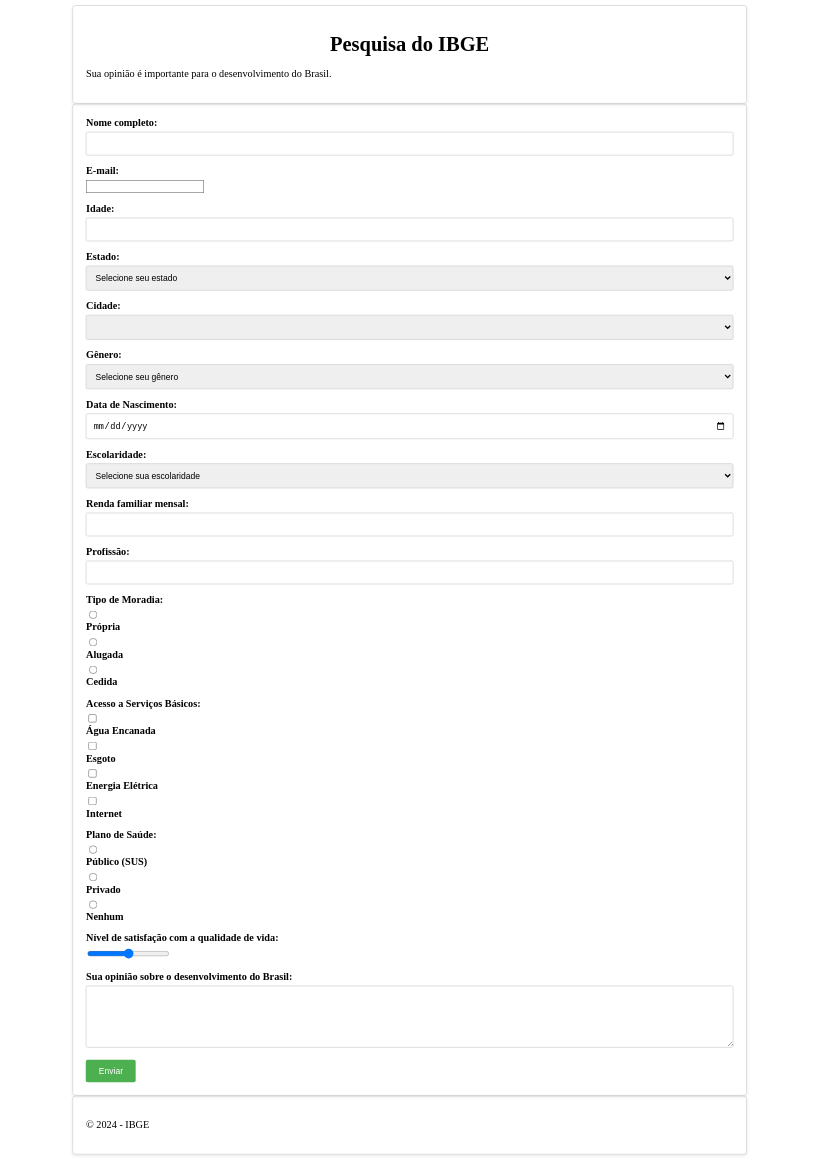
Repository: Gabrielb0rn/Projeto-Formul-rio.io
Page: index.html
These files come from the project's save history. The page is drawn as it stood at one moment and after the next save; the edit follows.
The browser window is 1280 px wide. The pictures show the whole page, at 64% of full size.

Above is the page before, as saved 2024-06-27 11:58:31.
Not found: assets/script.js

After the next save:
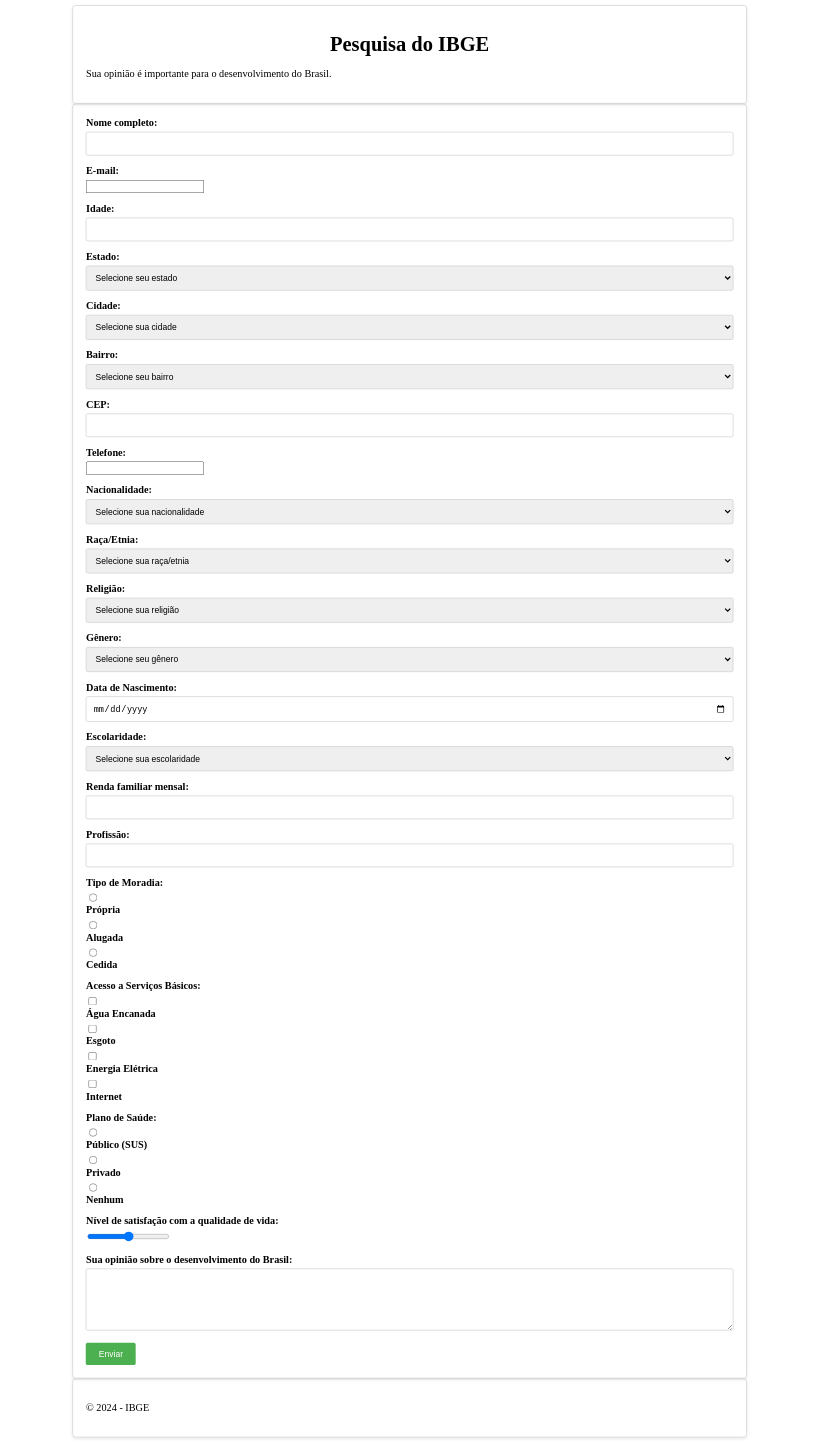
Saved 9 s later.
--- a/index.html
+++ b/index.html
@@ -64,7 +64,51 @@
                 </div>
                 <div class="form-group">
                     <label for="cidade">Cidade:</label>
-                    <select name="cidade" id=""></select>
+                    <select name="cidade" id="cidade" required>
+                        <option value="">Selecione sua cidade</option>
+                    </select>
+                </div>
+                <div class="form-group">
+                    <label for="bairro">Bairro:</label>
+                    <select name="bairro" id="bairro" required>
+                        <option value="">Selecione seu bairro</option>
+                    </select>
+                </div>
+                <div class="form-group">
+                    <label for="cep">CEP:</label>
+                    <input type="text" id="cep" name="cep" required>
+                </div>
+                <div class="form-group">
+                    <label for="telefone">Telefone:</label>
+                    <input type="tel" id="telefone" name="telefone" required>
+                </div>
+                <div class="form-group">
+                    <label for="nacionalidade">Nacionalidade:</label>
+                    <select id="nacionalidade" name="nacionalidade" required>
+                        <option value="">Selecione sua nacionalidade</option>
+                        <option value="Brasileiro">Brasileiro</option>
+                        <option value="Estrangeiro">Estrangeiro</option>
+                    </select>
+                </div>
+                <div class="form-group">
+                    <label for="raca">Raça/Etnia:</label>
+                    <select id="raca" name="raca" required>
+                        <option value="">Selecione sua raça/etnia</option>
+                        <option value="Branca">Branca</option>
+                        <option value="Preta">Preta</option>
+                        <option value="Parda">Parda</option>
+                        <option value="Amarela">Amarela</option>
+                        <option value="Indígena">Indígena</option>
+                    </select>
+                </div>
+                <div class="form-group">
+                    <label for="religiao">Religião:</label>
+                    <select id="religiao" name="religiao" required>
+                        <option value="">Selecione sua religião</option>
+                        <option value="Católica">Católica</option>
+                        <option value="Evangélica">Evangélica</option>
+                        <option value="Outras">Outras</option>
+"></select>
                 </div>
                 <div class="form-group">
                     <label for="genero">Gênero:</label>
